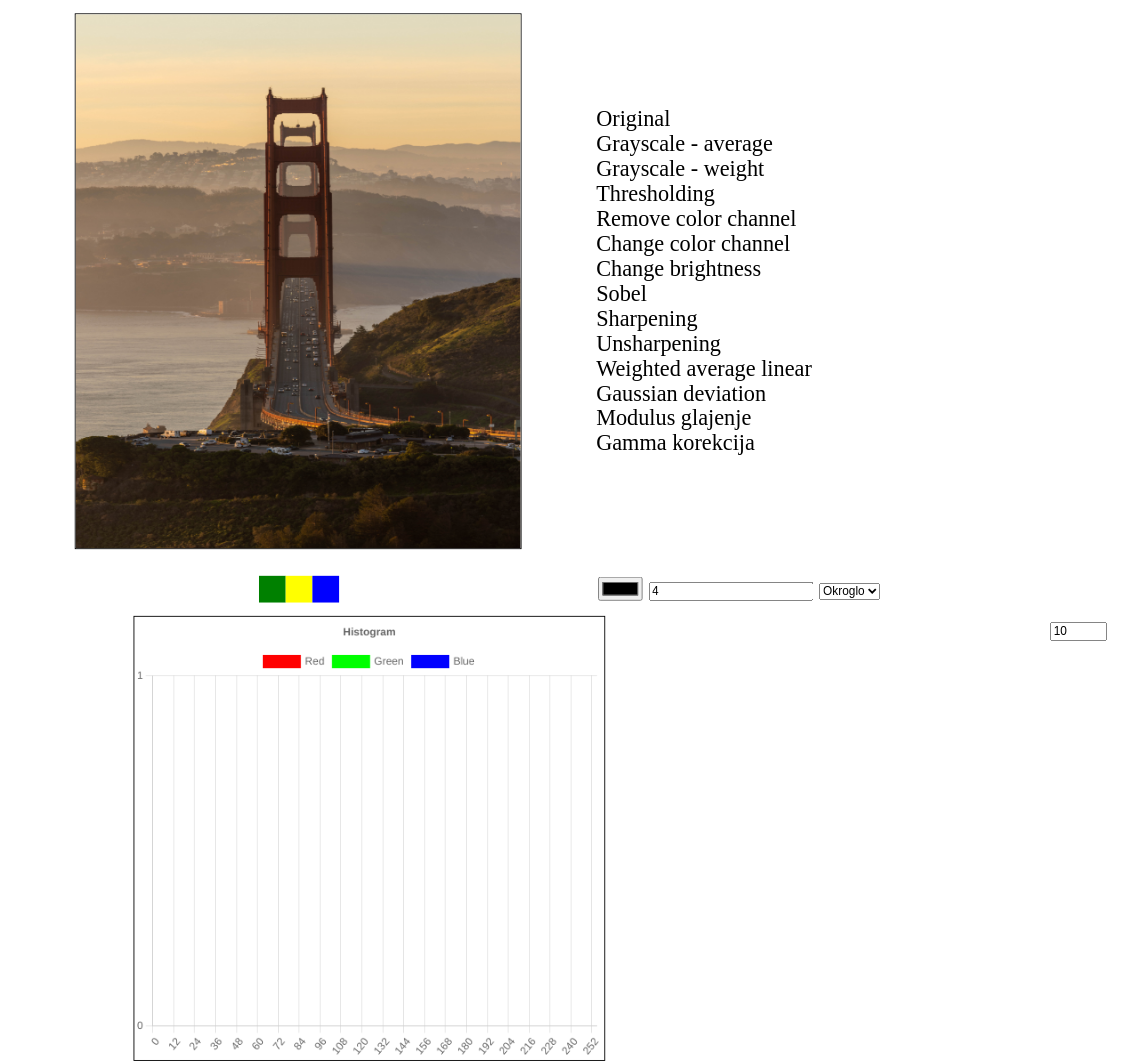
Repository: fussionko/web_photoshop
Page: index.html
These files come from the project's save history. The page is drawn as it stood at one moment and after the next save; the edit follows.
The browser window is 1280 px wide. The pictures show the whole page, at 89% of full size.
Some web libraries are served in a nearby version.

Above is the page before, as saved 2022-04-28 22:09:25.

### index.html
<!doctype html>
<html lang="en">
    <head>
        <meta charset="utf-8">
        <meta name="viewport" content="width=device-width, initial-scale=1">

        <title>Slike</title>
        <link rel="stylesheet" href="style.css">
    </head>
    <body>
        <div id="container-main">
            <canvas id="main_canvas"></canvas>
            <div id="container-buttons"></div>
            <div id="container-controls"></div>
        </div>
        <div id="container-assist">
            <div id="container-history"><div id="history-back"></div><div id="history-fow"></div><div id="history-reset"></div></div>
            <div id="container-color">
                <input type="color" id="color" value="#000000">
                <input type="number" id="brush-size" step="1" value="4">
                <select id="cap-type">
                    <option value="butt">Butt</option>
                    <option value="round" selected>Okroglo</option>
                    <option value="square">Kvadrat</option>
                </select>
            </div>
        </div>
        <div id="container-histogram">
            <div>
                <canvas id="main-graph"></canvas>
            </div>

            <div id="container-graph-data">
                <input type="number" id="basket-num" step="1" max="255" min="1" value="10">
            </div>
        </div>
        <script src="https://cdnjs.cloudflare.com/ajax/libs/Chart.js/3.7.1/chart.min.js"></script>
        <script src="filters.js"></script>
        <script src="draw.js"></script>
        <script src="history.js"></script>
        <script src="graph.js"></script>
        <script src="main.js"></script>
    </body>
</html>

### style.css
html {
    margin: 0;
    width: 100%;
    height: 100%;

    background-color: white !important;
}
body {
    margin: 0;

    display: grid;
    align-items: center;

    font-size: 25px;
    background-color: white !important;
    width: 100%;
    height: 100%;

}

#container-main, #container-assist, #container-historgram {
    margin: 15px 0;
}

#container-main {
    width: 100%;
    display: grid;
    grid-template-columns: auto auto 200px;
    align-items: center;
    justify-content: space-evenly;

}
canvas {

    border: 1px solid black;
}

.button-function {
    border: 1px solid black;
    padding: 5px;
    margin: 5px;;
}

#container-assist {
    display: grid;
    grid-template-columns: auto auto ;
    justify-content: space-evenly;
}

#container-history {
    display: flex;

}

#history-back, #history-fow, #history-reset {
    width: 30px;
    height: 30px;
}

#history-fow {
    background-color: yellow;
}

#history-back {
    background-color: green;
}

#history-reset {
    background-color: blue;
}

#container-histogram {
    display: grid;
    grid-template-columns: 1fr 100px;
    margin-left: 150px;
    margin-bottom: 100px;
    height: 500px;
}

### draw.js
function loadDraw()
{
    document.addEventListener('mousemove', draw);
    document.addEventListener('mousedown', function(e){
        setPosition(e);
        draw(e);
    });
    document.addEventListener('mouseenter', setPosition);
    document.addEventListener('mouseup', function(e){
        if(e.clientX > canvas_x_position + canvas_width || e.clientX < canvas_x_position) return;
        if(e.clientY > canvas_y_position + canvas_height || e.clientY < canvas_y_position) return;
        loadImage(getPixelData());
    });

    document.getElementById("color").addEventListener("change", function(){
        draw_color = this.value;
        console.log(draw_color);
    });

    document.getElementById("brush-size").addEventListener("change", function(){
        brush_size = parseInt(this.value);
        console.log(brush_size);
    });

    document.getElementById("cap-type").addEventListener("change", function(){
        cap_type = this.value;
        console.log(cap_type);
    });
}

let pos = {x:0, y:0}

function setPosition(e)
{
    pos.x = e.clientX - canvas_x_position;
    pos.y = e.clientY - canvas_y_position;
}

let draw_color = "#000000";
let brush_size = 4;
let cap_type = "round";
function draw(e)
{
    if (e.buttons !== 1) return;

    main_ctx.beginPath(); // begin

    main_ctx.lineWidth = brush_size;
    main_ctx.lineCap = cap_type;
    main_ctx.strokeStyle = draw_color;

    main_ctx.moveTo(pos.x, pos.y); // from
    setPosition(e);
    main_ctx.lineTo(pos.x, pos.y); // to

    main_ctx.stroke(); // draw it!


}

function delete_draw(e)
{
    if (e.buttons !== 1) return;

    main_ctx.beginPath(); // begin

    main_ctx.lineWidth = brush_size;
    main_ctx.lineCap = 'round';
    main_ctx.strokeStyle = draw_color;

    main_ctx.moveTo(pos.x, pos.y); // from
    setPosition(e);
    main_ctx.lineTo(pos.x, pos.y); // to

    main_ctx.stroke(); // draw it!
}

### history.js
function loadHistory()
{
    document.getElementById("history-back").addEventListener("click", function(){
        if(moveBackwardHistory() == -1) return;
        loadImageHistory();
    })

    document.getElementById("history-fow").addEventListener("click", function(){
        if(moveFowardHistory() == -1) return;
        loadImageHistory();
    })

    document.getElementById("history-reset").addEventListener("click", function(){
        let draw_image = new ImageData(canvas_width, canvas_height);
        draw_image.data.set(original_img_data);
        history = [draw_image.data];
        currentHistoryIndex = 1;
        current_filter_data["filter"] = "original";
        current_filter_data["index"] = 1;
        current_filter_data["data"] = draw_image.data;
        loadImageHistory();
    })
}

let history = [];
let currentHistoryIndex = 0;
function addToHistory(img_data)
{
    if(checkSame(img_data, history[history.length-1]) == 1) return;
    if(currentHistoryIndex != history.length)
        removeHistoryToIndex();

    history.push(img_data);
    currentHistoryIndex++;
}

function removeHistoryToIndex()
{
    history.splice(currentHistoryIndex, history.length-currentHistoryIndex)
}

function moveFowardHistory()
{
    if(currentHistoryIndex+1 > history.length) return -1;
    currentHistoryIndex++;
    return 1;
}

function moveBackwardHistory()
{
    if(currentHistoryIndex-1 <= 0) return -1;
    currentHistoryIndex--;
    return 1;
}

function getCurrentHistory()
{
    return history[currentHistoryIndex];
}

### graph.js

const graph_width = 530;
const graph_height = 500;

let main_graph;
let graph_ctx;

let normalization_value = 35;
let graph_offset = 5;


function initGraph()
{

    main_graph = document.getElementById("main-graph");
    graph_ctx = main_graph.getContext('2d');
    main_graph.width = graph_width;
    main_graph.height = graph_height;

    document.getElementById("basket-num").addEventListener("change", function(){
        basket_num = parseInt(this.value);
    });

    // graph_ctx.beginPath();
    // graph_ctx.strokeStyle = "#FF0000";
    // graph_ctx.moveTo(0, 0);
    // graph_ctx.bezierCurveTo(50, 50, 50, 100, 100, 100);

    // graph_ctx.stroke();
    // graph_ctx.closePath();
    clear_graph()
    create_graph()
}

function clear_graph()
{

    graph_ctx.fillStyle = "#FFFFFF";
    graph_ctx.fillRect(0, 0, graph_width, graph_height);
}

let basket_num = 10;
let basket_size = Math.round(255/basket_num);
const graph_template = {
    "r":{},
    "g":{},
    "b":{}
}
let graph = JSON.parse(JSON.stringify(graph_template));

function create_graph()
{
    // graph = JSON.parse(JSON.stringify(graph_template));
    // for(let i = 1; i <= basket_num; i++)
    // {
    //     graph["r"][basket_size*i] = 0;
    //     graph["g"][basket_size*i] = 0;
    //     graph["b"][basket_size*i] = 0;
    // }
    graph = JSON.parse(JSON.stringify(graph_template));
    for(let i = 0; i <= 255; i++)
    {
        graph["r"][i] = 0;
        graph["g"][i] = 0;
        graph["b"][i] = 0;
    }

}

function count_Pixel(img_data)
{

    let ranges = Object.keys(graph["r"]);

    // for(let i = 0; i < img_data.length; i+=4)
    // {
    //     for(const key in ranges)
    //         if(img_data[i] < parseInt(ranges[key]))
    //         {
    //             graph["r"][ranges[key]]++;
    //             break;
    //         }
    //     for(const key in ranges)
    //         if(img_data[i+1] < parseInt(ranges[key]))
    //         {
    //             graph["g"][ranges[key]]++;
    //             break;
    //         }
    //     for(const key in ranges)
    //         if(img_data[i+2] < parseInt(ranges[key]))
    //         {
    //             graph["b"][ranges[key]]++;
    //             break;
    //         }
    // }
   // console.log(graph);
    for(let i = 0; i < img_data.length; i+=4)
    {

        graph["r"][ranges[img_data[i]]]++;
        graph["g"][ranges[img_data[i+1]]]++;
        graph["b"][ranges[img_data[i+2]]]++;
        //drawLine(graph_offset+img_data[i], graph_height, graph_offset+img_data[i], graph_height-graph["r"][ranges[img_data[i]]], "#FF0000")
    }


    normalizeGraph();
    //draw_graph()
   // window.requestAnimationFrame(draw_graph_animation);
    //draw_graph();

    const myChart = new Chart(
        graph_ctx,
        config
    );
}

function normalizeGraph()
{

    for(const c in graph)
        for(const range in graph[c])
            graph[c][range] = Math.round(graph[c][range]/normalization_value);
}

let i = 0;
function draw_graph_animation()
{

}


function drawCurve(range, height, prev, color)
{
    graph_ctx.strokeStyle = color;
    graph_ctx.beginPath();
    graph_ctx.moveTo(graph_offset+range-1, graph_height-prev);
    graph_ctx.quadraticCurveTo(graph_offset+range-1, graph_height-prev, graph_offset+range, height);
    graph_ctx.stroke();
    graph_ctx.closePath();
}

let labels = [];
for(let i = 0; i<= 255; i++)
    labels[i] = i;

const data = {
    labels: labels,
    datasets: [
        {
            label: 'Red',
            data: graph["r"],
            borderColor: "#ff0000",
            backgroundColor: "#ff0000",
        },
        {
            label: 'Green',
            data: graph["g"],
            borderColor: "#00ff00",
            backgroundColor: "#00ff00",
        },
        {
            label: 'Blue',
            data: graph["b"],
            borderColor: "#0000ff",
            backgroundColor: "#0000ff",
        }
    ]
};

const config = {
    type: 'line',
    data: data,
    options: {
        responsive: false,
        plugins: {
            legend:
            {
                position: 'top',
            },
            title:
            {
                display: true,
                text: 'Histogram'
            }
        },
        scales: {
            x: {
              ticks: {
                beginAtZero: true,
                stepSize: 5
              }
            },
            y: {
              ticks: {
                autoSkip: false,
                beginAtZero: true,
                stepSize: 1
              }
            }
          }
    },
};




// const actions = [
//     {
//         name: 'Add Data',
//         handler(chart)
//         {
//             const data = chart.data;
//             if (data.datasets.length > 0)
//             {
//                 data.labels = Utils.months({count: data.labels.length + 1});

//                 for (let index = 0; index < data.datasets.length; ++index)
//                     data.datasets[index].data.push(Utils.rand(-100, 100));
//                 chart.update();
//             }
//         }
//     },

//     {
//       name: 'Remove Data',
//       handler(chart) {
//         chart.data.labels.splice(-1, 1); // remove the label first

//         chart.data.datasets.forEach(dataset => {
//           dataset.data.pop();
//         });

//         chart.update();
//       }
//     }
//   ];





function draw_graph()
{
    graph_ctx.lineWidth = 1;

    for(let range in graph["r"])
    {
        range = parseInt(range);

        graph_ctx.beginPath();
        graph_ctx.moveTo(graph_offset+range, graph_height);
        graph_ctx.strokeStyle = "#FF0000";

        graph_ctx.lineTo(graph_offset+range, graph_height-graph["r"][range]);
        graph_ctx.stroke();
        graph_ctx.closePath();

        graph_ctx.beginPath();
        graph_ctx.moveTo(graph_offset+range, graph_height);
        graph_ctx.strokeStyle = "#00FF00";
        graph_ctx.lineTo(graph_offset+range, graph_height-graph["g"][range]);
        graph_ctx.stroke();
        graph_ctx.closePath();

        graph_ctx.beginPath();
        graph_ctx.moveTo(graph_offset+range, graph_height);
        graph_ctx.strokeStyle = "#0000FF";
        graph_ctx.lineTo(graph_offset+range, graph_height-graph["b"][range]);
        graph_ctx.stroke();
        graph_ctx.closePath();
    }


}

Loaded but not shown: main.js (441 lines, source omitted); filters.js (443 lines, source omitted)

After the next save:
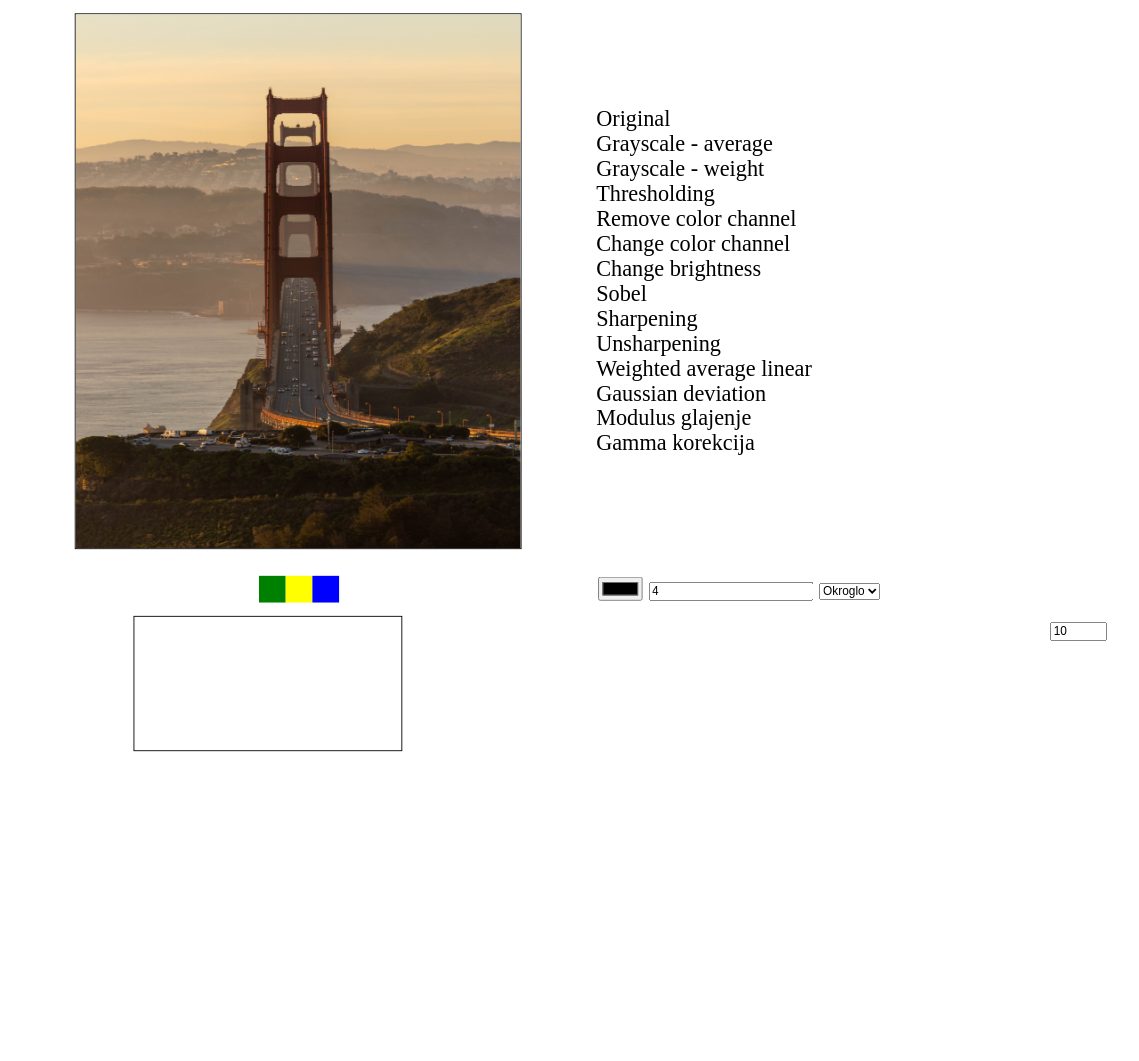
Console error: SyntaxError: Unexpected token ';'
Saved 17 s later.
--- a/graph.js
+++ b/graph.js
@@ -193,9 +193,7 @@
             },
             y: {
               ticks: {
-                autoSkip: false,
-                beginAtZero: true,
-                stepSize: 1
+                beginAtZero: true;
               }
             }
           }

After the 3 saves that followed:
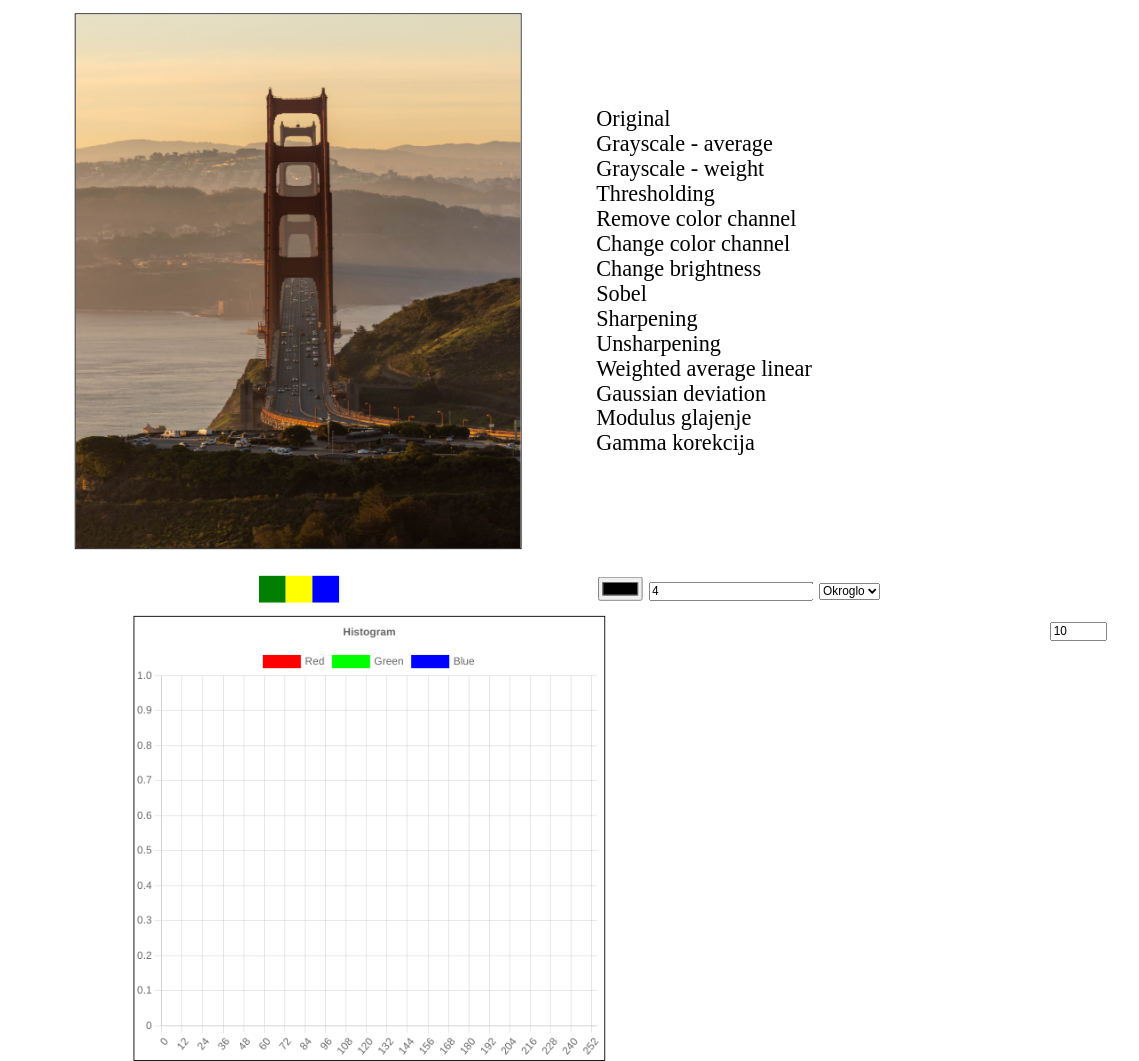
The error is gone.
The 3 saves are shown as one change because they came seconds apart.
The last was saved 9 s later.
--- a/graph.js
+++ b/graph.js
@@ -188,12 +188,12 @@
             x: {
               ticks: {
                 beginAtZero: true,
-                stepSize: 5
               }
             },
             y: {
               ticks: {
-                beginAtZero: true;
+                beginAtZero: true
+
               }
             }
           }
